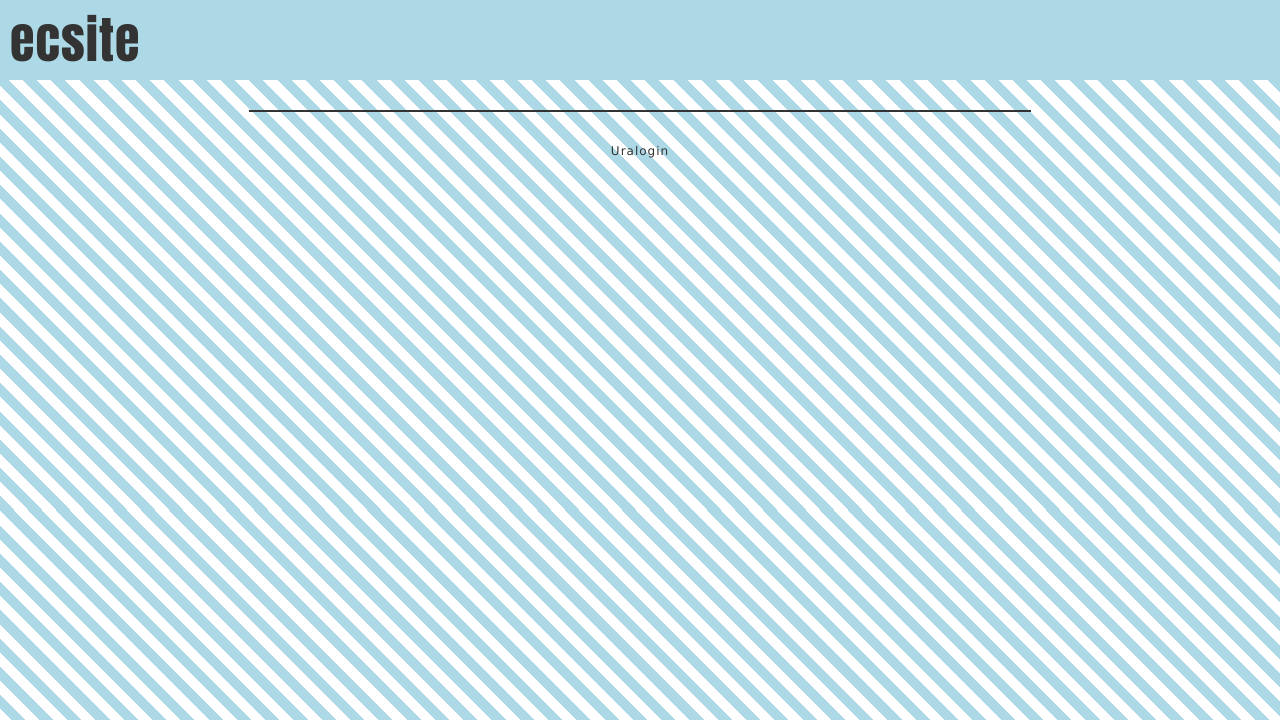
Repository: ryousukefujita-0423/test
Page: http://localhost/ecsite/uralogin.jsp
These files come from the project's save history. The page is drawn as it stood at one moment and after the next save; the edit follows.
The browser window is 1280 px wide. The pictures show the whole page.
The page is served by Tomcat 9.

Above is the page before, as saved 2019-03-25 01:57:07.

After the next save:
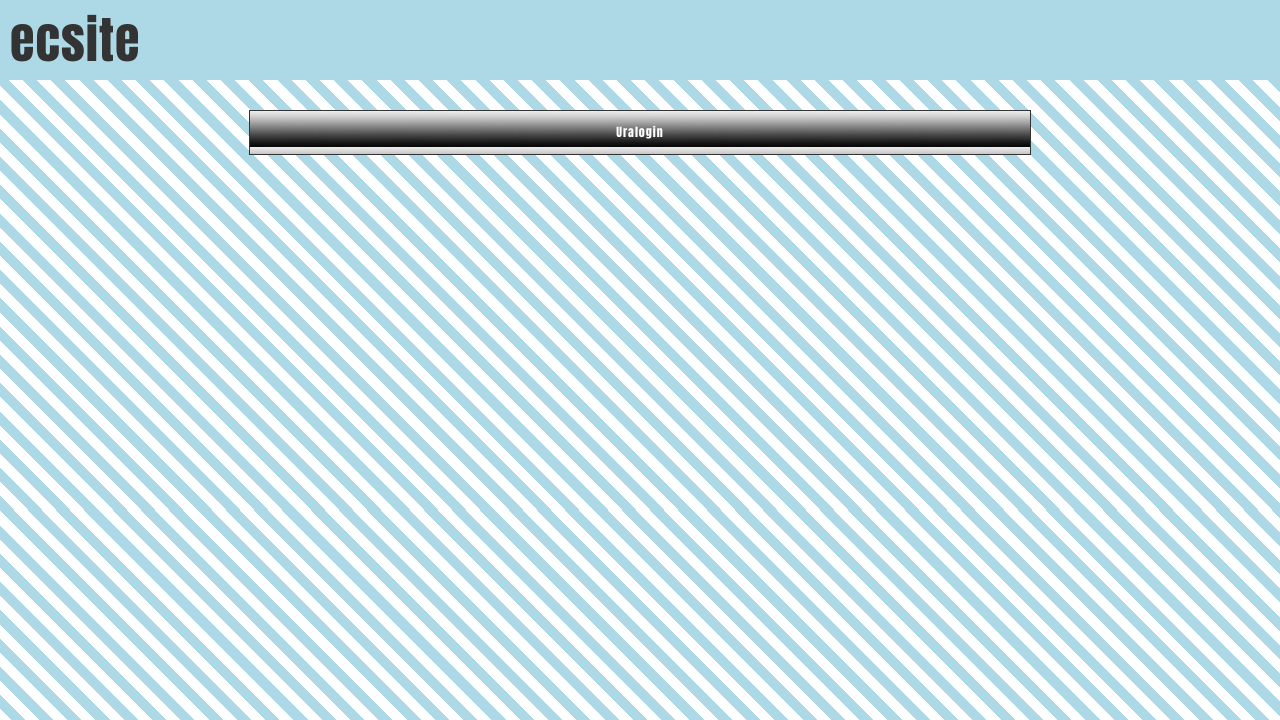
Saved 10 s later.
--- a/ecsite/WebContent/uralogin.jsp
+++ b/ecsite/WebContent/uralogin.jsp
@@ -16,8 +16,9 @@
 <body>
 	<div id="header">ecsite</div>
 	<div id="main">
-		<div id="top"></div>
-		<p>Uralogin</p>
+		<div id="top">
+			<p>Uralogin</p>
+		</div>
 	</div>
 </body>
 </html>
